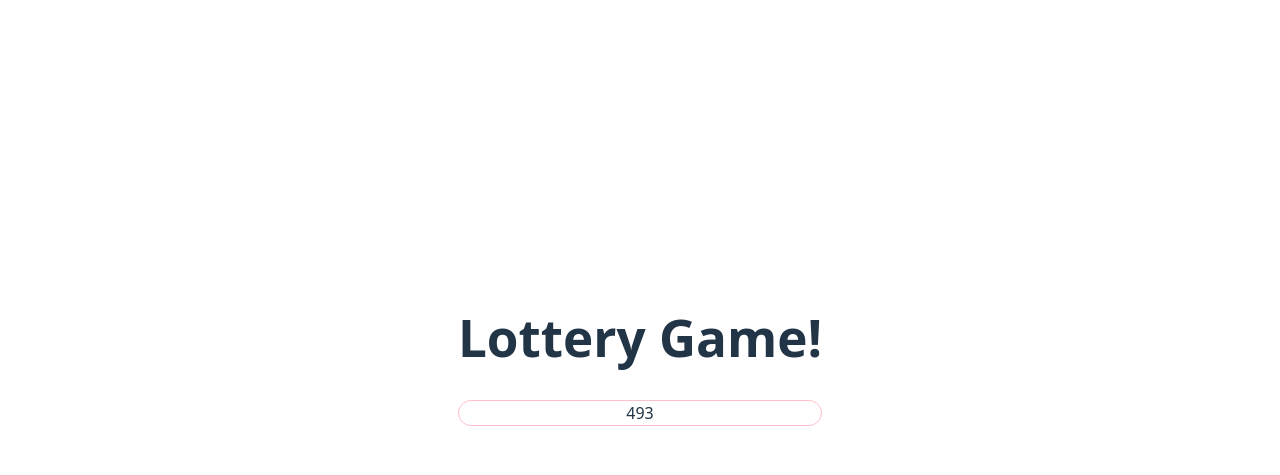
Repository: Ravikumar7210/Web_workspace
Page: / (app in React_Projects/Lottery/)
An editor plug-in stored every save of this project. The page is shown before and after the next save, followed by the edit.
The browser window is 1280 px wide. The pictures show the whole page.
The project was rebuilt for these pictures with package versions that can differ from the ones it lists, and the page was loaded fresh each time. Also part of the build but not shown: React_Projects/Lottery/vite.config.js.

Above is the page before, as saved 2025-04-07 15:24:24.

### React_Projects/Lottery/src/App.jsx

import Lottery from './Lottery'
import './App.css';

function App() {

  return (
    <>
    <Lottery/>
    </>

  );

}

export default App

### React_Projects/Lottery/src/Lottery.jsx
import {useState} from 'react';
import { genTicket, sum } from './helper';
import './Lottery.css';
export default  function Lottery() {

let [ticket, setTicket] = useState(genTicket(3));
let isWinning = sum(ticket) === 15;
return (
<div>
 <h1>Lottery Game!</h1>
  <div className='ticket'>
   <span >{ticket[0]}</span>
   <span>{ticket[1]}</span>
   <span>{ticket[2]}</span>
  </div>
  <h3> {isWinning && "Congratulations, You won!"}</h3>
</div>
);

}

### React_Projects/Lottery/src/helper.js
function genTicket(n){
    let arr = new Array(n);
    for (let i= 0; i<n; i++){
        arr[i]= Math.floor(Math.random() * 10);
       }
       return arr;
}

function sum(arr){
 return arr.reduce((sum, curr) => sum + curr , 0);
}

export {genTicket, sum};

### React_Projects/Lottery/src/Lottery.css
.ticket {
    border : 1px solid #ffc0cb;
    border-radius : 14px;

}

Loaded but not shown: React_Projects/Lottery/index.html (common file); React_Projects/Lottery/src/main.jsx (common file); React_Projects/Lottery/src/index.css (common file); React_Projects/Lottery/src/App.css (common file)

After the next save:
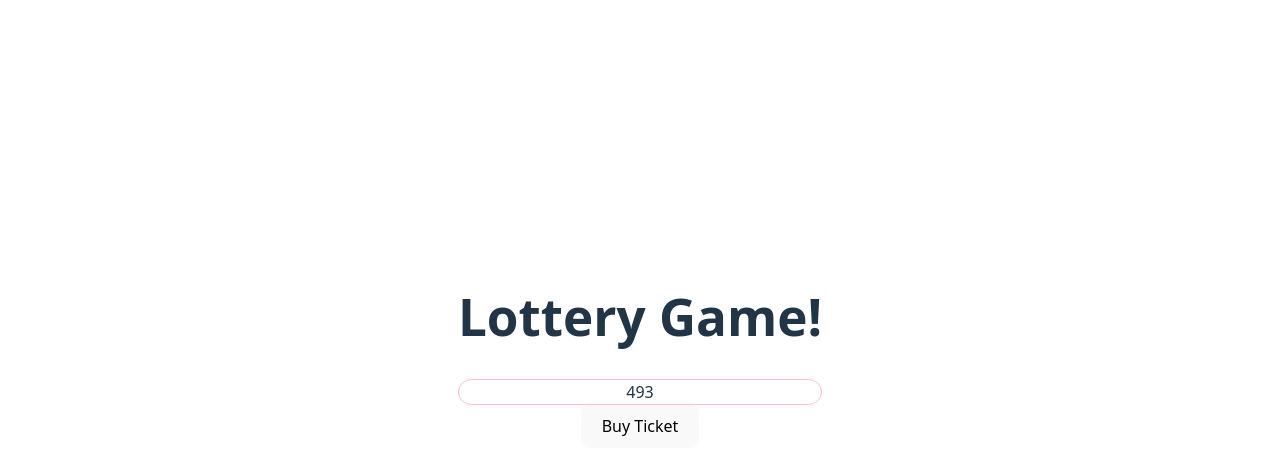
Saved 35 min 20 s later.
--- a/React_Projects/Lottery/src/Lottery.jsx
+++ b/React_Projects/Lottery/src/Lottery.jsx
@@ -5,6 +5,11 @@ export default  function Lottery() {
 
 let [ticket, setTicket] = useState(genTicket(3));
 let isWinning = sum(ticket) === 15;
+
+let buyTicket = () => {
+    setTicket(genTicket(3));
+} ;
+
 return (
 <div>
  <h1>Lottery Game!</h1>
@@ -13,6 +18,7 @@ return (
    <span>{ticket[1]}</span>
    <span>{ticket[2]}</span>
   </div>
+  <button onClick={buyTicket}>Buy Ticket </button>
   <h3> {isWinning && "Congratulations, You won!"}</h3>
 </div>
 );
